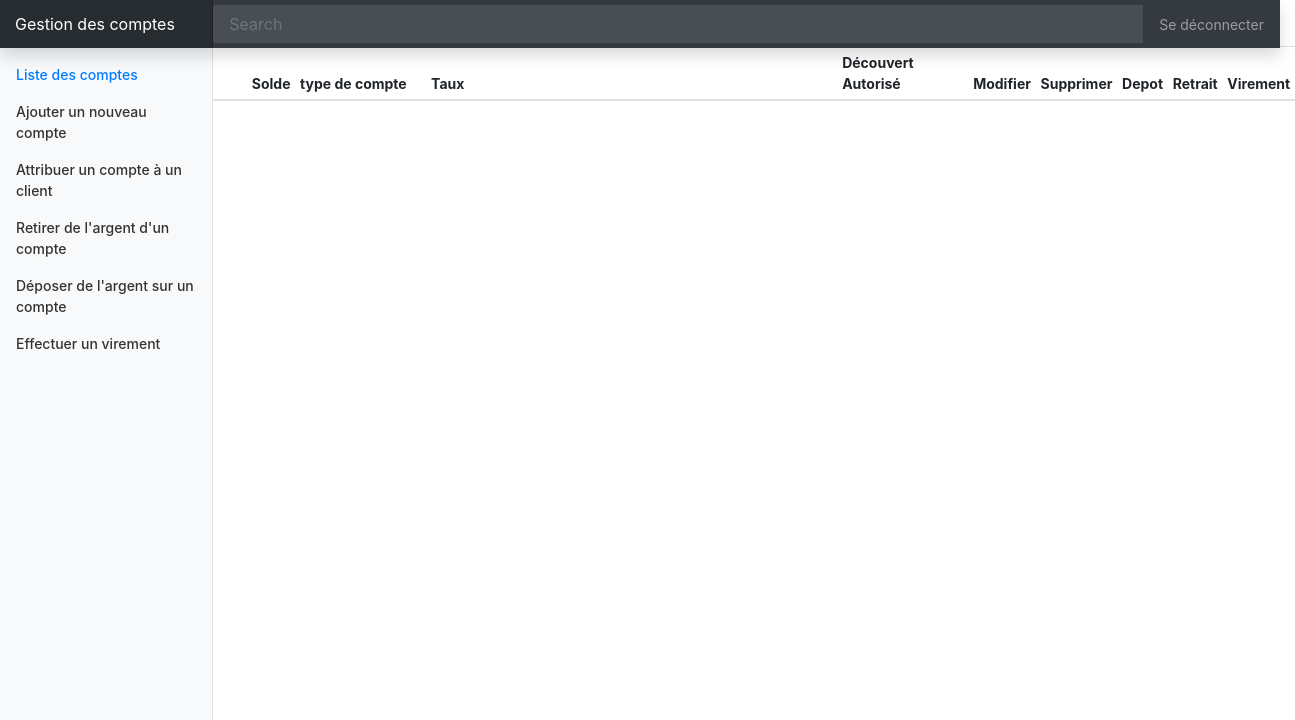
Repository: liiiseee/Projet
Page: http://localhost/02_projet_gestion_clients_compte/menu-comptes.jsp
The author's editor kept a copy of each file at every save. The page is drawn from the files as they stood at one save, then again after the next save.
The browser window is 1280 px wide. The page is 1295 px wide, so the pictures cover 1295 px, including what lies to the right of the window. The pictures show the whole page.
The page is served by Tomcat 9. Other server files are loaded and not shown. The template is opened directly, without the code that normally fills it, so the values that code supplies are empty.

Above is the page before, as saved 2020-03-30 14:40:48.

### 02_projet_gestion_clients_compte/WebContent/menu-comptes.jsp
<%@ page language="java" contentType="text/html; charset=ISO-8859-1"
    pageEncoding="ISO-8859-1"%>

<%@ taglib uri="http://java.sun.com/jsp/jstl/core" prefix="c"%>
<!DOCTYPE html>
<html>
<head>
<meta charset="ISO-8859-1">
<title>liste comptes</title>
<link href="assets/styles/bootstrap.min.css" rel="stylesheet" >

 <style>
      .bd-placeholder-img {
        font-size: 1.125rem;
        text-anchor: middle;
        -webkit-user-select: none;
        -moz-user-select: none;
        -ms-user-select: none;
        user-select: none;
      }

      @media (min-width: 768px) {
        .bd-placeholder-img-lg {
          font-size: 3.5rem;
        }
      }
    </style>
    <!-- Custom styles for this template -->
    <link href="assets/styles/dashboard.css" rel="stylesheet">
</head>
<body>

    <nav class="navbar navbar-dark fixed-top bg-dark flex-md-nowrap p-0 shadow">
  <a class="navbar-brand col-sm-3 col-md-2 mr-0" href="#">Gestion des comptes</a>
  <input class="form-control form-control-dark w-100" type="text" placeholder="Search" aria-label="Search">
  <ul class="navbar-nav px-3">
    <li class="nav-item text-nowrap">
      <a class="nav-link" href="authentification-servlet?destroy=true">Se déconnecter</a>
    </li>
  </ul>
</nav>

<div class="container-fluid">
  <div class="row">
    <nav class="col-md-2 d-none d-md-block bg-light sidebar">
      <div class="sidebar-sticky">
        <ul class="nav flex-column">
          <li class="nav-item">
            <a class="nav-link active" href="#">
              <span data-feather="home"></span>
              Liste des comptes <span class="sr-only">(current)</span>
            </a>
          </li>
          <li class="nav-item">
            <a class="nav-link" href="ajout-compte.jsp">
              <span data-feather="file"></span>
              Ajouter un nouveau compte
            </a>
          </li>
          <li class="nav-item">
            <a class="nav-link" href="attribuer-compte.jsp">
              <span data-feather="file"></span>
              Attribuer un compte à un client
            </a>
          </li>
         <li class="nav-item">
          <input type="hidden" name="action" value="liste"/>
            <a class="nav-link" href="menu-retrait.jsp">
              <span data-feather="shopping-cart"></span>
              Retirer de l'argent d'un compte
            </a>
          </li>

          <li class="nav-item">
          <input type="hidden" name="action" value="dep"/>
            <a class="nav-link" href="menu-depot.jsp">
              <span data-feather="users"></span>
             Déposer de l'argent sur un compte
            </a>
          </li>
          <li class="nav-item">
            <a class="nav-link" href="#">
              <span data-feather="bar-chart-2"></span>
              Effectuer un virement
            </a>
          </li>
          </ul>



      </div>
    </nav>
    </div>
    </div>





   <h2>Liste des comptes</h2>
   <div class="row">
     <div class="table-responsive" id="table">
       <table class="table table-striped table-sm">




          <thead style="width:70%;">
            <tr>
              	<th style="width:10%;">ID</th>
              	<th style="width:10%;">Id du client</th>
	 			<th style="width:10px;">Solde</th>
	 			<th style="width:10%;">type de compte</th>
	 			<th>Taux</th>
	 			<th style="width:10%;">Découvert Autorisé</th>
	 			<th style="width:10px;">Modifier</th>
	 			<th style="width:10px;">Supprimer</th>
	 			<th style="width:10px;">Depot</th>
	 			<th style="width:10px;">Retrait</th>
	 			<th style="width:10px;">Virement</th>

            </tr>
          </thead>
          <tbody>
            <c:forEach items="${liste_comptes}" var="compte">
	 			<tr>

	 				<td>${compte.idCompte }</td>
	 				<td> ${compte.clientID } </td>
	 				<td> ${compte.solde } </td>
	 				<td> ${compte.typeCompte } </td>
	 				<td> ${compte.taux } </td>
	 				<td> ${compte.decouvert } </td>
	 				<td>
	 					<a href="gestion-compte-servlet?action=modif&id-compte=${compte.idCompte}">modifier</a>
	 				</td>


	 				<td>
	 					<a href="gestion-compte-servlet?action=supp&id-compte=${compte.idCompte}">supprimer</a>
	 				</td>

	 				<td>
	 					<a href="gestion-compte-servlet?action=depot&id-compte=${compte.idCompte}">depot</a>
	 				</td>

	 				<td>
	 					<a href="gestion-compte-servlet?action=retrait&id-compte=${compte.idCompte}">retrait</a>
	 				</td>
	 				<td>
	 					<a href="gestion-compte-servlet?action=virement&id-compte=${compte.idCompte}">virement</a>
	 				</td>




	 				</tr>

            </c:forEach>


          </tbody>

        </table>

            </div>
        </div>



</body>
</html>

### 02_projet_gestion_clients_compte/WebContent/assets/styles/dashboard.css
@charset "ISO-8859-1";

body {
  font-size: .875rem;
}

.feather {
  width: 16px;
  height: 16px;
  vertical-align: text-bottom;
}

/*
 * Sidebar
 */

.sidebar {
  position: fixed;
  top: 0;
  bottom: 0;
  left: 0;
  z-index: 100; /* Behind the navbar */
  padding: 48px 0 0; /* Height of navbar */
  box-shadow: inset -1px 0 0 rgba(0, 0, 0, .1);
}

.sidebar-sticky {
  position: relative;
  top: 0;
  height: calc(100vh - 48px);
  padding-top: .5rem;
  overflow-x: hidden;
  overflow-y: auto; /* Scrollable contents if viewport is shorter than content. */
}

@supports ((position: -webkit-sticky) or (position: sticky)) {
  .sidebar-sticky {
    position: -webkit-sticky;
    position: sticky;
  }
}

.sidebar .nav-link {
  font-weight: 500;
  color: #333;
}

.sidebar .nav-link .feather {
  margin-right: 4px;
  color: #999;
}

.sidebar .nav-link.active {
  color: #007bff;
}

.sidebar .nav-link:hover .feather,
.sidebar .nav-link.active .feather {
  color: inherit;
}

.sidebar-heading {
  font-size: .75rem;
  text-transform: uppercase;
}

/*
 * Content
 */

[role="main"] {
  padding-top: 133px; /* Space for fixed navbar */
}

@media (min-width: 768px) {
  [role="main"] {
    padding-top: 48px; /* Space for fixed navbar */
  }
}

/*
 * Navbar
 */

.navbar-brand {
  padding-top: .75rem;
  padding-bottom: .75rem;
  font-size: 1rem;
  background-color: rgba(0, 0, 0, .25);
  box-shadow: inset -1px 0 0 rgba(0, 0, 0, .25);
}

.navbar .form-control {
  padding: .75rem 1rem;
  border-width: 0;
  border-radius: 0;
}

.form-control-dark {
  color: #fff;
  background-color: rgba(255, 255, 255, .1);
  border-color: rgba(255, 255, 255, .1);
}

.form-control-dark:focus {
  border-color: transparent;
  box-shadow: 0 0 0 3px rgba(255, 255, 255, .25);
}

Loaded but not shown: 02_projet_gestion_clients_compte/WebContent/assets/styles/bootstrap.min.css (library)

After the next save:
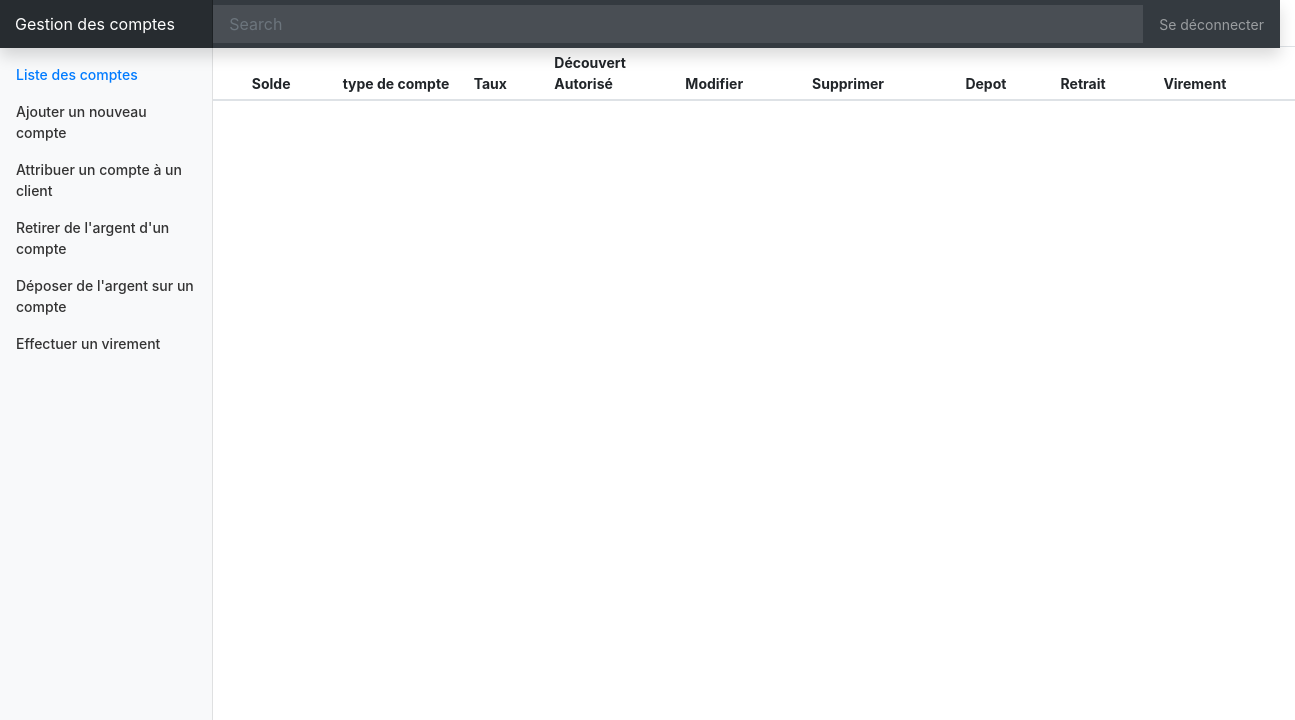
Saved 67 s later.
--- a/02_projet_gestion_clients_compte/WebContent/menu-comptes.jsp
+++ b/02_projet_gestion_clients_compte/WebContent/menu-comptes.jsp
@@ -111,7 +111,7 @@
               	<th style="width:10%;">Id du client</th>
 	 			<th style="width:10px;">Solde</th>
 	 			<th style="width:10%;">type de compte</th>
-	 			<th>Taux</th>
+	 			<th style="width:10px;">Taux</th>
 	 			<th style="width:10%;">Découvert Autorisé</th>
 	 			<th style="width:10px;">Modifier</th>
 	 			<th style="width:10px;">Supprimer</th>
